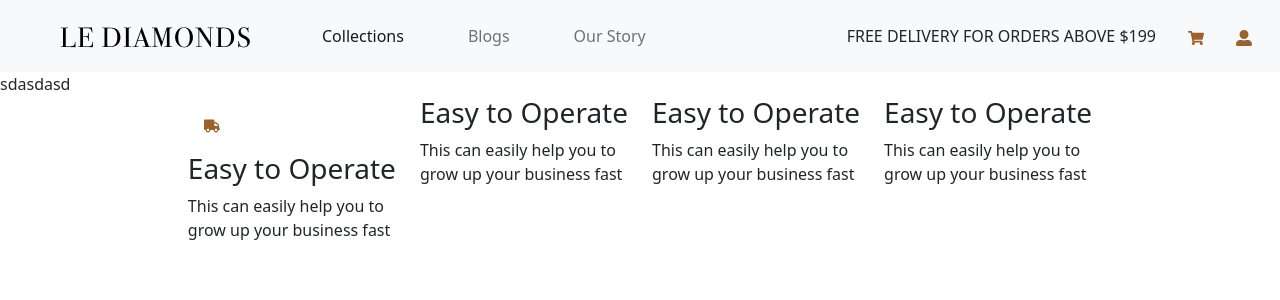
Repository: farrelmuhammad/lediamonds-vi8e
Page: /
These files come from the project's save history. The page is drawn as it stood at one moment and after the next save; the edit follows.
The browser window is 1280 px wide. The pictures show the whole page.
The project was rebuilt for these pictures with package versions that can differ from the ones it lists, and the page was loaded fresh each time. Also part of the build but not shown: src/App.css.

Above is the page before, as saved 2022-09-17 11:15:07.

### src/index.css
@import url('https://fonts.googleapis.com/css2?family=Cabin:wght@400;500;600&display=swap');

body {
  margin: 0;
  font-family: -apple-system, BlinkMacSystemFont, 'Segoe UI', 'Roboto', 'Oxygen',
    'Ubuntu', 'Cantarell', 'Fira Sans', 'Droid Sans', 'Helvetica Neue',
    sans-serif;
  -webkit-font-smoothing: antialiased;
  -moz-osx-font-smoothing: grayscale;
}

code {
  font-family: source-code-pro, Menlo, Monaco, Consolas, 'Courier New',
    monospace;
}

.icons {
  color: #9B622F;
}

### src/App.js
import logo from './logo.svg';
import './App.css';
import Homepage from './pages/Homepage';

function App() {
  return (
    <>
      <Homepage />
    </>
  );
}

export default App;

### src/pages/Homepage.jsx
import React from "react";
import Content from "../components/Content";
import Header from "../components/Header";
import Jumbotron from "../components/Jumbotron";

const Homepage = () => {
  return (
    <>
      <Header />
      <Jumbotron />
      <Content />
    </>
  );
};

export default Homepage;

### src/components/Content.jsx
import React from "react";
import { FaTruck, FaUserAlt } from "react-icons/fa";

const Content = () => {
  return (
    <>
      <div className="d-flex justify-content-center">
        <div className="row">
          <div className="col">
            <div className="icons m-3">
              <FaTruck />
            </div>
            <h3 class="icon-title">Easy to Operate</h3>
            <p class="icon-caption">
              This can easily help you to
              <br />
              grow up your business fast
            </p>
          </div>
          <div className="col">
            <h3 class="icon-title">Easy to Operate</h3>
            <p class="icon-caption">
              This can easily help you to
              <br />
              grow up your business fast
            </p>
          </div>
          <div className="col">
            <h3 class="icon-title">Easy to Operate</h3>
            <p class="icon-caption">
              This can easily help you to
              <br />
              grow up your business fast
            </p>
          </div>
          <div className="col">
            <h3 class="icon-title">Easy to Operate</h3>
            <p class="icon-caption">
              This can easily help you to
              <br />
              grow up your business fast
            </p>
          </div>
        </div>
      </div>
    </>
  );
};

export default Content;

### src/components/Header.jsx
import React from "react";
import Logo from "../assets/images/Logo.png";
import { FaShoppingCart, FaUserAlt } from "react-icons/fa";

const Header = () => {
  return (
    <>
      <nav className="navbar navbar-expand-lg navbar-light bg-light">
        <div className="container-fluid">
          <a className="navbar-brand ms-5" href="#">
            <img src={Logo} alt="Le Diamonds" />
          </a>
          <button
            className="navbar-toggler"
            type="button"
            data-bs-toggle="collapse"
            data-bs-target="#navbarSupportedContent"
            aria-controls="navbarSupportedContent"
            aria-expanded="false"
            aria-label="Toggle navigation"
          >
            <span className="navbar-toggler-icon"></span>
          </button>
          <div className="collapse navbar-collapse" id="navbarSupportedContent">
            <ul className="navbar-nav me-auto mb-2 mb-lg-0">
              <li className="nav-item ms-5">
                <a className="nav-link active" aria-current="page" href="#">
                  Collections
                </a>
              </li>
              <li className="nav-item ms-5">
                <a className="nav-link" href="#">
                  Blogs
                </a>
              </li>
              <li className="nav-item ms-5">
                <a className="nav-link" href="#">
                  Our Story
                </a>
              </li>
            </ul>
            <div className="d-flex">
              <ul className="navbar-nav me-auto mb-2 mb-lg-0">
                <li className="nav-item m-3">
                  FREE DELIVERY FOR ORDERS ABOVE $199
                </li>
                <li className="nav-item icons m-3">
                  <FaShoppingCart />
                </li>
                <li className="nav-item icons m-3">
                  <FaUserAlt />
                </li>
              </ul>
            </div>
          </div>
        </div>
      </nav>
    </>
  );
};

export default Header;

### src/components/Jumbotron.jsx
import React from "react";

const Jumbotron = () => {
  return (
    <>
      sdasdasd
    </>
  );
};

export default Jumbotron;

Loaded but not shown: public/index.html (common file); src/index.js (common file); src/reportWebVitals.js (common file)

After the next save:
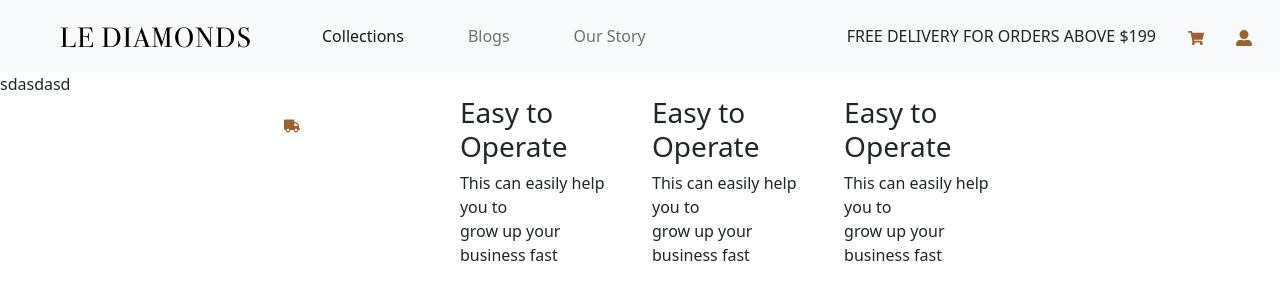
Saved 5 s later.
--- a/src/components/Content.jsx
+++ b/src/components/Content.jsx
@@ -10,12 +10,7 @@
             <div className="icons m-3">
               <FaTruck />
             </div>
-            <h3 class="icon-title">Easy to Operate</h3>
-            <p class="icon-caption">
-              This can easily help you to
-              <br />
-              grow up your business fast
-            </p>
+
           </div>
           <div className="col">
             <h3 class="icon-title">Easy to Operate</h3>
